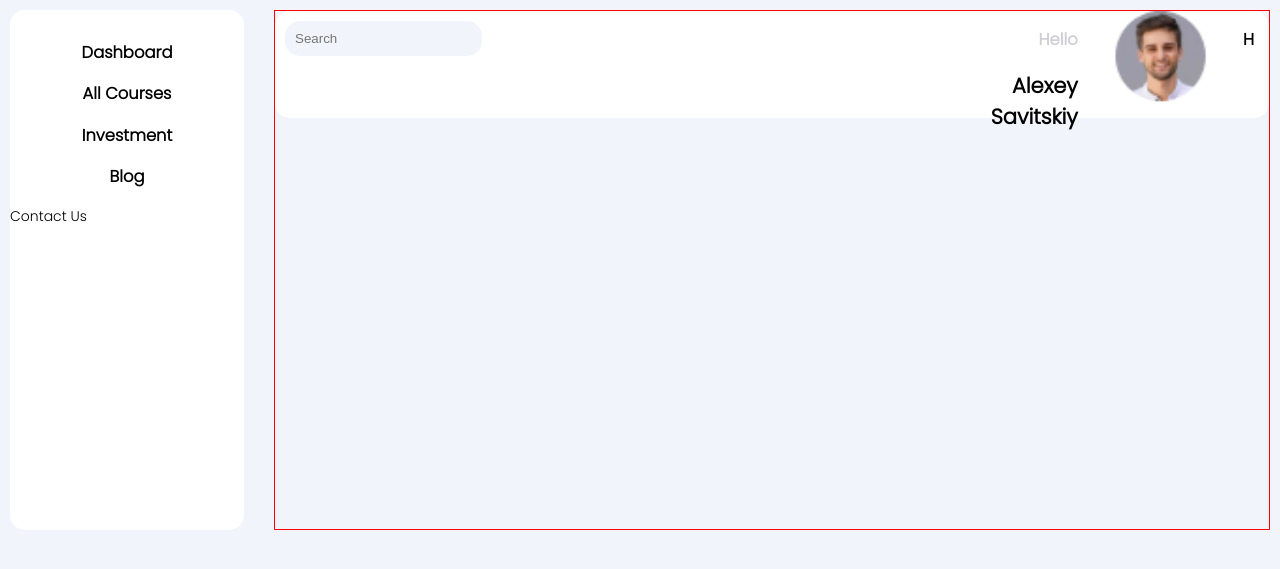
Repository: Anuruddha00/dashboard-design
Page: /
An editor plug-in stored every save of this project. The page is shown before and after the next save, followed by the edit.
The browser window is 1280 px wide. The pictures show the whole page.
The project was rebuilt for these pictures with package versions that can differ from the ones it lists, and the page was loaded fresh each time.

Above is the page before, as saved 2021-05-07 00:31:12.

After the next save:
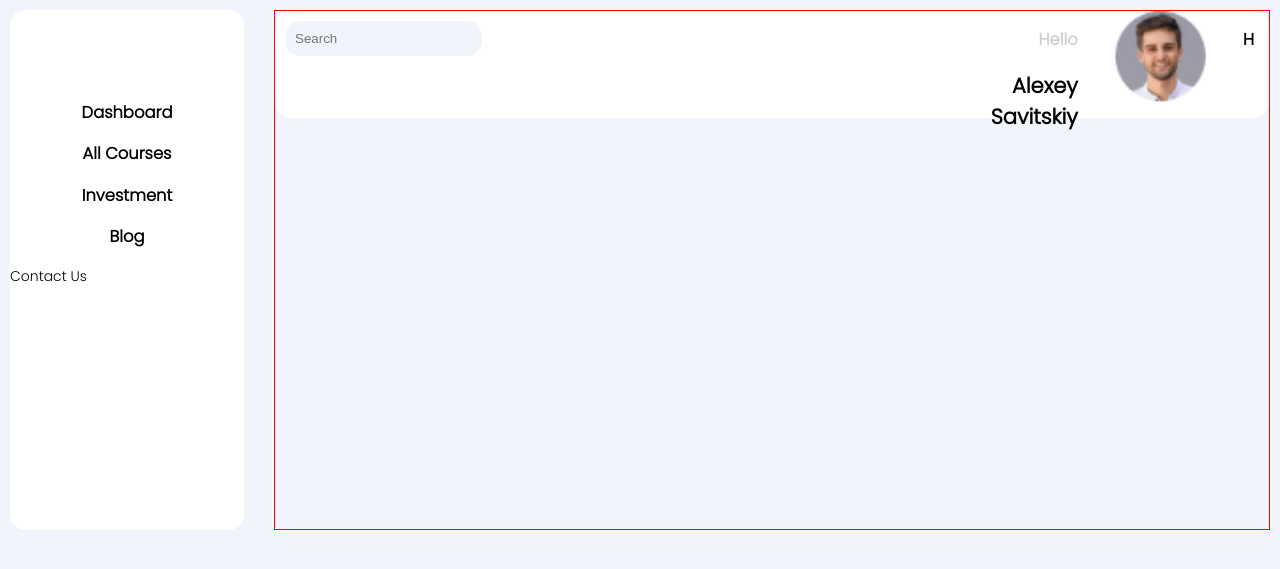
Saved 6 s later.
--- a/src/containers/Dashboard/Dashboard.scss
+++ b/src/containers/Dashboard/Dashboard.scss
@@ -26,7 +26,7 @@ body{
 
             &Title{
 
-                margin-top: 30px;
+                margin-top: 90px;
 
                 h3{
                     text-align: center;
